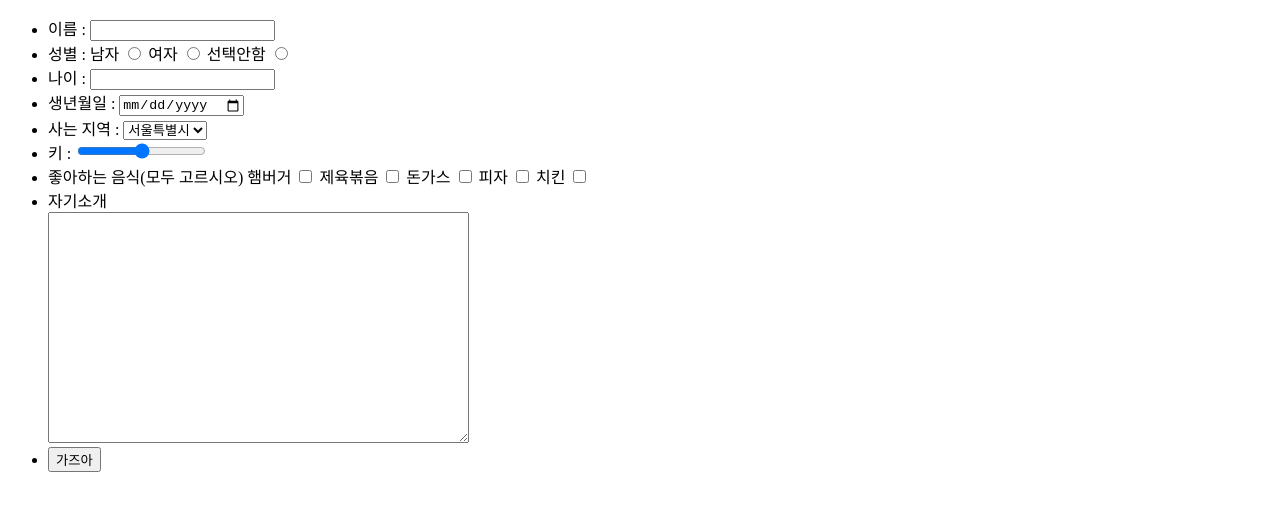
Repository: ghksl0204-shapa/dynamic-web
Page: MyFirstWebProject/src/main/webapp/views/request_get2.html
An editor plug-in stored every save of this project. The page is shown before and after the next save, followed by the edit.
The browser window is 1280 px wide. The pictures show the whole page.

Above is the page before, as saved 2026-05-04 08:22:35.

### MyFirstWebProject/src/main/webapp/views/request_get2.html
<!DOCTYPE html>
<html>
<head>
<meta charset="UTF-8">
<title>실습</title>
</head>
<body>

	<form action="http://localhost:8088/first/second.do" method="get">
		<ul>
			<li>
				이름 : <input type="text" name="name" />
			</li>
			<li>
				성별 :
				남자 <input type="radio" name="gender" value="남자" />
				여자 <input type="radio" name="gender" value="여자" />
				선택안함 <input type="radio" name="gender" value="선택 안 함" />
			</li>
			<li>
				나이 : <input type="number" name="age" />
			</li>
			<li>
				생년월일 : <input type="date" name="birthDate">
			</li>
			<li>
				사는 지역 :
				<select name="city">
					<option>서울특별시</option>
					<option>경기도</option>
					<option>인천광역시</option>
					<option>강원도</option>
					<option>충청북도</option>
					<option>충청남도</option>
					<option>대전광역시</option>
					<option>세종특별시</option>
					<option>경상북도</option>
					<option>대구광역시</option>
					<option>울산광역시</option>
					<option>경상남도</option>
					<option>부산특별시</option>
					<option>전라북도</option>
					<option>전라남도</option>
					<option>광주광역시</option>
					<option value="제주도">제주도</option>
				</select>
			</li>
			<li>
				키 : <input type="range" min="130" max="220" name="height" />
			</li>
			<li>
				좋아하는 음식(모두 고르시오)
				햄버거 <input type="checkbox" name="food" value="햄버거" />
				제육볶음 <input type="checkbox" name="food" value="제육볶음" />
				돈가스 <input type="checkbox" name="food" value="돈가스" />
				피자 <input type="checkbox" name="food" value="피자" />
				치킨 <input type="checkbox" name="food" value="치킨" />
			</li>
			<li>
				자기소개 <br>
				<textarea rows="15" cols="50"></textarea>
			</li>
			<li>
				<button type="submit">가즈아</button>
			</li>
		</ul>
	</form>

</body>
</html>

After the next save:
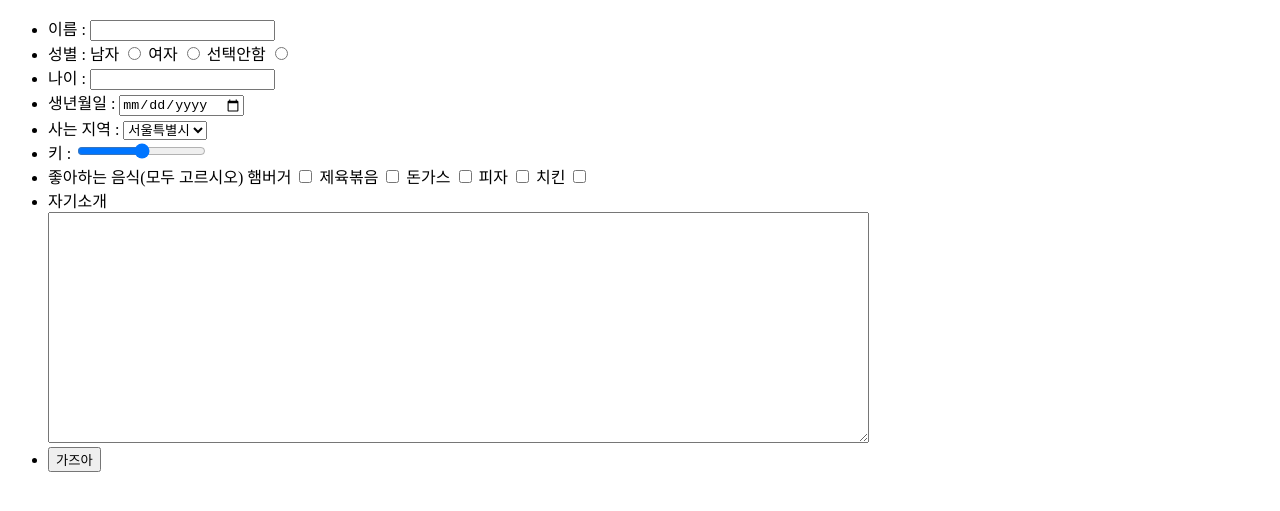
Saved 9 s later.
--- a/MyFirstWebProject/src/main/webapp/views/request_get2.html
+++ b/MyFirstWebProject/src/main/webapp/views/request_get2.html
@@ -58,7 +58,7 @@
 			</li>
 			<li>
 				자기소개 <br>
-				<textarea rows="15" cols="50"></textarea>
+				<textarea rows="15" cols="100"></textarea>
 			</li>
 			<li>
 				<button type="submit">가즈아</button>
